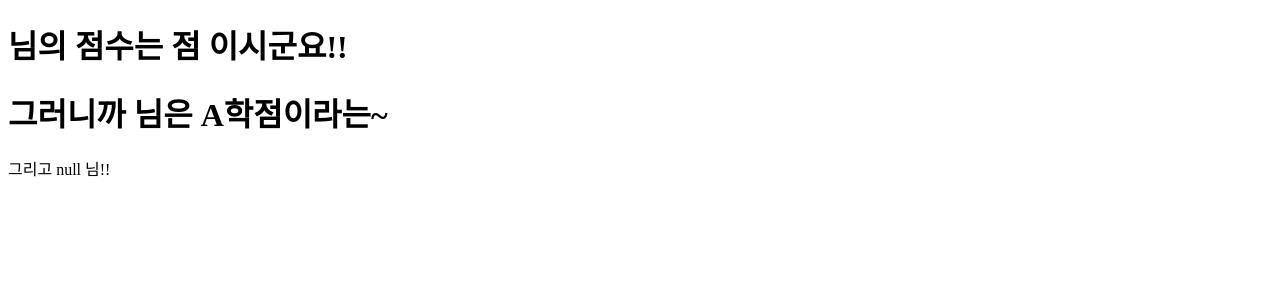
Repository: codingidot/test111
Page: http://localhost/JSP3/jspview/A.jsp
These files come from the project's save history. The page is drawn as it stood at one moment and after the next save; the edit follows.
The browser window is 1280 px wide. The pictures show the whole page.
The page is served by Tomcat 9.

Above is the page before, as saved 2022-05-27 06:46:24.

After the next save:
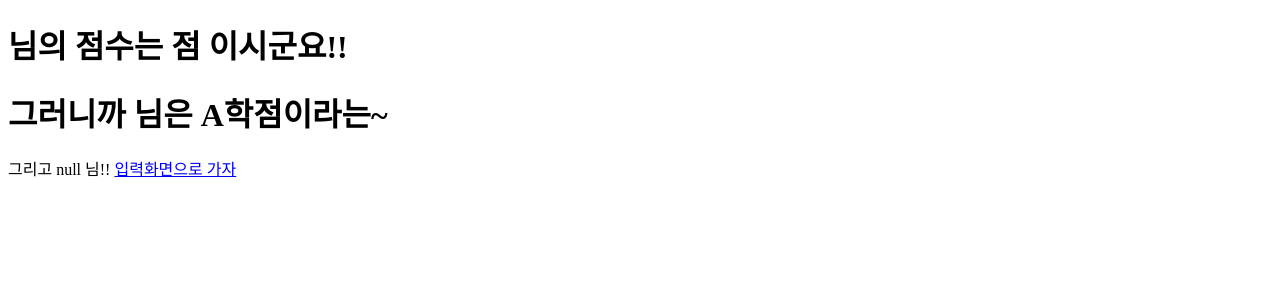
Saved 1 s later.
--- a/JSP3/src/main/webapp/jspview/A.jsp
+++ b/JSP3/src/main/webapp/jspview/A.jsp
@@ -16,8 +16,11 @@
 
 <!-- request 가 잘 전달된 것을 알아보자는 -->
 그리고 <%=request.getParameter("irum") %> 님!!
-<!-- 이것은 input에서 받아오는데 output이 넘겨받는데 여기는 어디, -->
+<!-- 이것은 input에서 받아오는데 output이 넘겨받는데
+	원래 request를 사용하려면 <input 태그에서 만 가능
+	forward()를 통해서 request와 response를 가져왔기에 가능
+-->
 
-
+<a href="input22.jsp">입력화면으로 가자</a>
 </body>
 </html>
